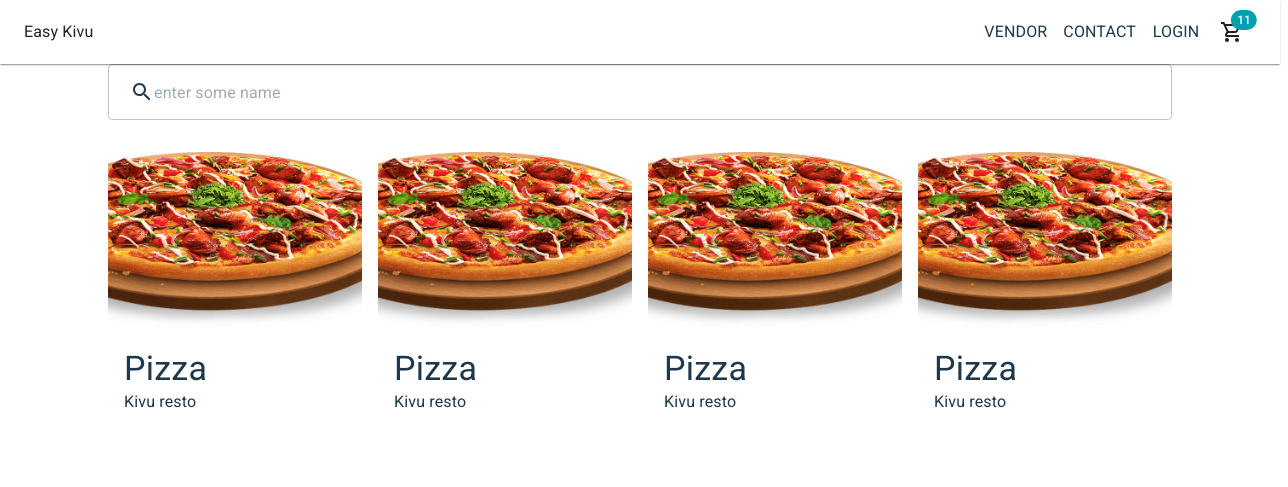
Repository: kilamaelie/jokes-dapp
Page: /
An editor plug-in stored every save of this project. The page is shown before and after the next save, followed by the edit.
The browser window is 1280 px wide. The page is 1288 px wide, then 1280 px, so the pictures cover 1288 px, including what lies to the right of the window. The pictures show the whole page.
The project was rebuilt for these pictures with package versions that can differ from the ones it lists, and the page was loaded fresh each time. Also part of the build but not shown: src/ui/page/dashboard/dashboard.js.

Above is the page before, as saved 2021-06-28 01:57:14.

After the next save:
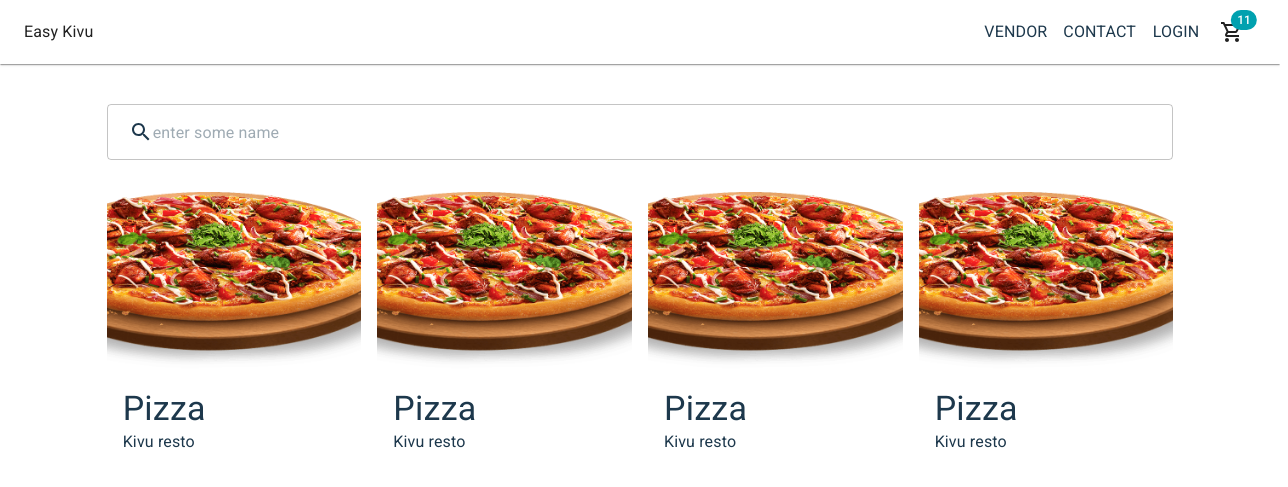
Saved 5 min 3 s later.
--- a/src/ui/page/website/screen/home.js
+++ b/src/ui/page/website/screen/home.js
@@ -9,10 +9,10 @@ const Home = () =>{
     const classes =useStyles()
 
     return (
-        <Grid container direction='row' spacing={2} >
+        <Grid container direction='row' className={classes.margin_40} >
             <Grid item xs={1} sm={1}></Grid>
             <Grid item xs={10} sm={10}  >
-               <Grid container spacing={4} className={classes.margin_40} >
+               <Grid container spacing={4}  >
 
                    <Grid item xs={12} sm={12}>
                        <TextField
